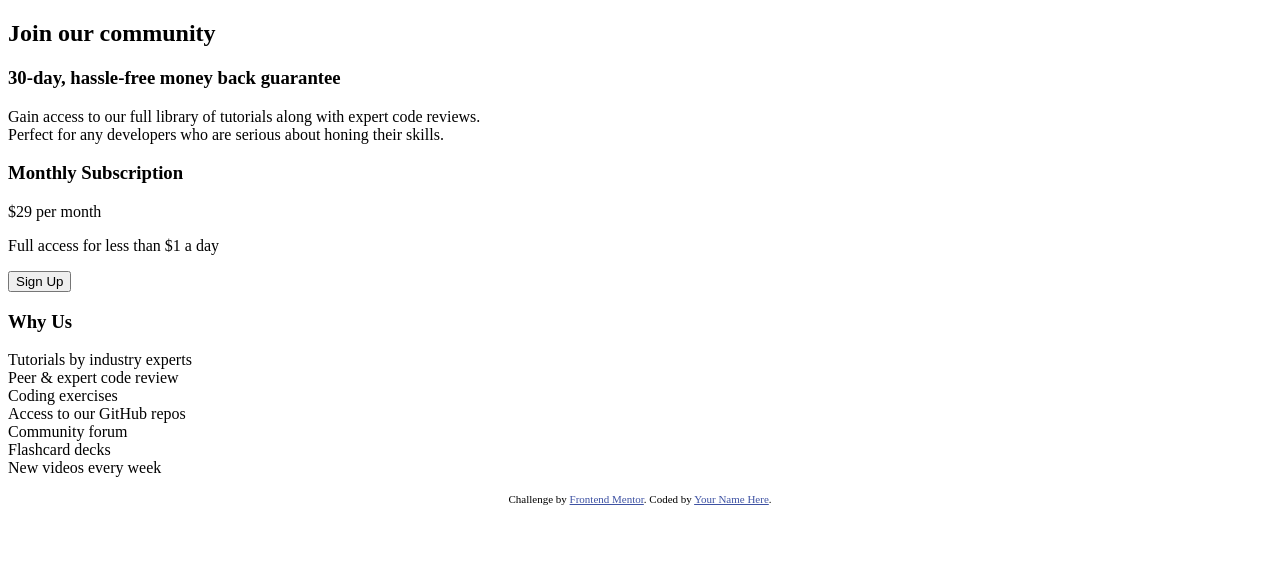
Repository: jminervino/PriceGridComponent
Page: index.html
The author's editor kept a copy of each file at every save. The page is drawn from the files as they stood at one save, then again after the next save.
The browser window is 1280 px wide. The pictures show the whole page.

Above is the page before, as saved 2022-02-07 10:35:20.

After the next save:
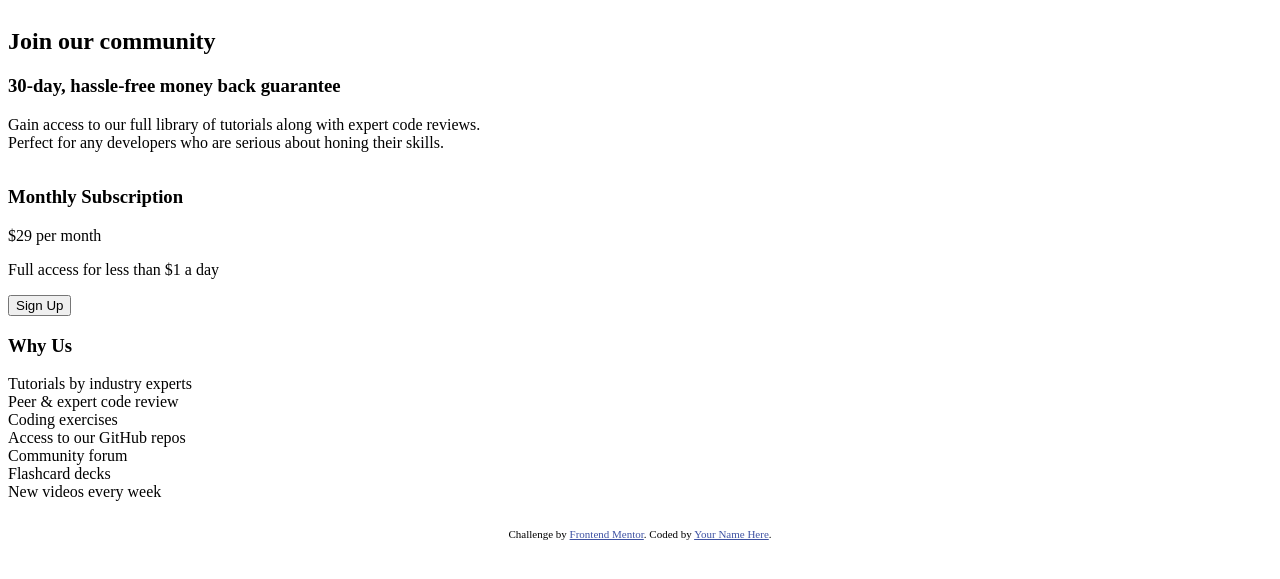
Saved 18 s later.
--- a/style.css
+++ b/style.css
@@ -1 +1,5 @@
 @import url('https://fonts.googleapis.com/css2?family=Karla:ital,wght@0,200;1,200&family=Open+Sans+Condensed:wght@300&family=Quicksand:wght@300;400;500;600;700&display=swap');
+
+.container {
+    display: grid;
+}
